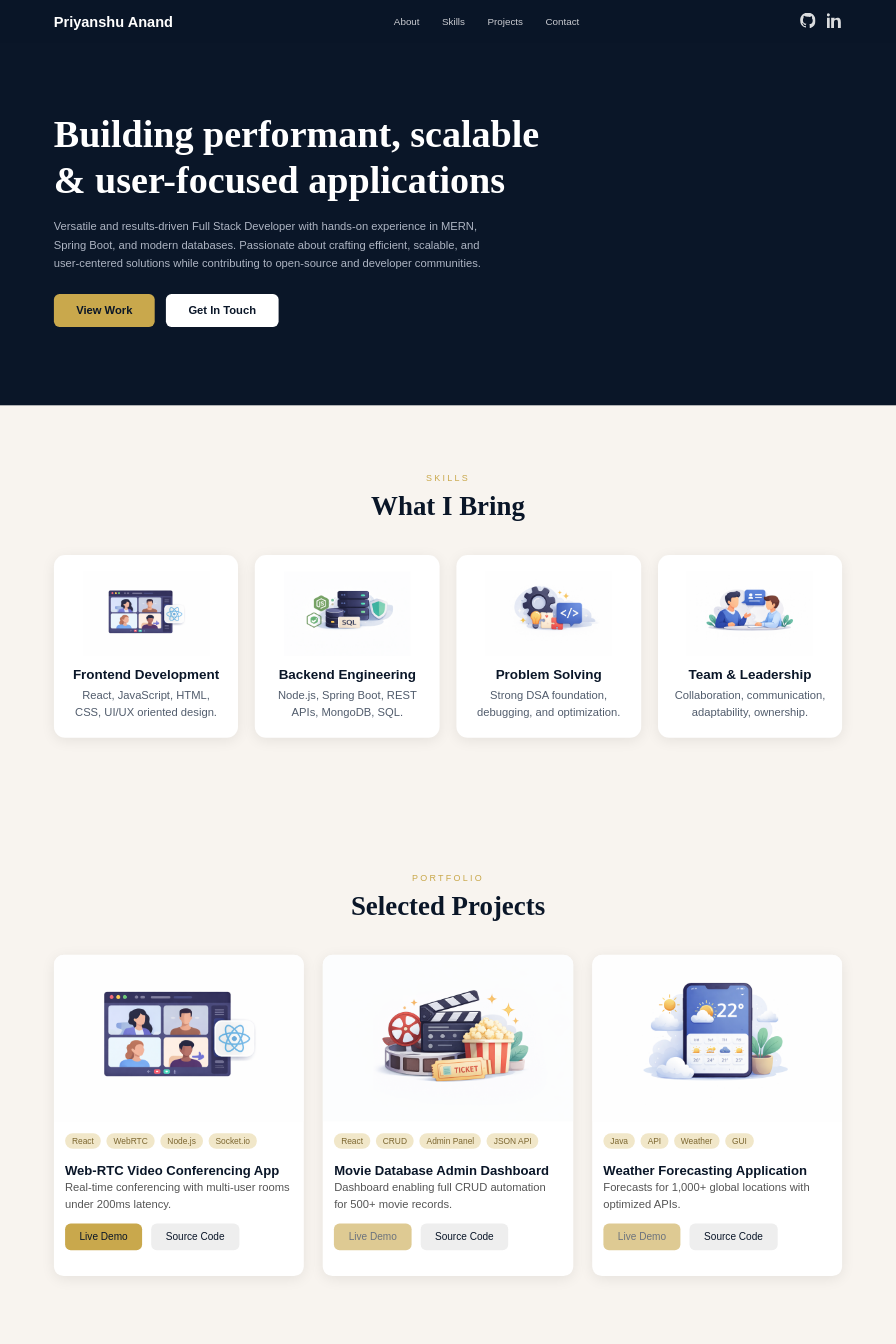
Repository: priyanshuanand12022/My-Portfolio
Page: /
An editor plug-in stored every save of this project. The page is shown before and after a run of saves, followed by the edit.
The browser window is 1280 px wide. The pictures show the part of the page from y = 0 to 1920 px (the page is 2746 px tall), at 70% of full size.
The project was rebuilt for these pictures with package versions that can differ from the ones it lists, and the page was loaded fresh each time. Also part of the build but not shown: vite.config.js.

Above is the page before, as saved 2026-02-25 23:04:37.

### index.html
<!doctype html>
<html lang="en">
  <head>
    <meta charset="UTF-8" />
    <link rel="icon" href="/favicon.png" type="image/png" sizes="32x32" />
    <link rel="apple-touch-icon" href="/favicon.png" />
    <meta name="viewport" content="width=device-width, initial-scale=1.0" />
    <title>Portfolio</title>
  </head>
  <body>
    <div id="root"></div>
    <script type="module" src="/src/main.jsx"></script>
  </body>
</html>

### src/main.jsx
import React from "react";
import ReactDOM from "react-dom/client";
import Portfolio from "./Portfolio.jsx";

ReactDOM.createRoot(document.getElementById("root")).render(
  <React.StrictMode>
    <Portfolio />
  </React.StrictMode>
);

### src/Portfolio.jsx
import { useState } from "react";
import "./Portfolio.css";
import emailjs from "emailjs-com";

// Images
import webrtcImg from "./assets/webrtc.png";
import movieImg from "./assets/movie.png";
import weatherImg from "./assets/weather.png";
import backendImg from "./assets/backend.png";
import problemImg from "./assets/problem.png";
import teamImg from "./assets/team.png";

export default function Portfolio() {
  const [submitted, setSubmitted] = useState(false);
  const [formData, setFormData] = useState({
    name: "",
    email: "",
    subject: "",
    message: "",
  });

  const handleSubmit = (e) => {
    e.preventDefault();

    emailjs
      .send(
        "service_lk6jd4n",
        "template_el7uc7k",
        {
          name: formData.name,
          email: formData.email,
          subject: formData.subject,
          message: formData.message,
        },
        "nVCyFrHKLSf0xcnOJ"
      )
      .then(() => {
        setSubmitted(true);
      })
      .catch((err) => {
        console.log("Email send error:", err);
        alert("Something went wrong!");
      });
  };

  const handleChange = (e) =>
    setFormData((prev) => ({ ...prev, [e.target.name]: e.target.value }));

  return (
    <div className="portfolio">

      {/* ================= NAVBAR ================= */}
      <nav className="nav">
        <div className="nav-logo">
          Priyanshu<span> </span>Anand
        </div>

        <ul className="nav-links">
          {["About", "Skills", "Projects", "Contact"].map((s) => (
            <li key={s}>
              <a href={`#${s.toLowerCase()}`}>{s}</a>
            </li>
          ))}
        </ul>

        {/* Social Icons */}
        <div className="nav-social">
          <a
            href="https://github.com/priyanshuanand12022"
            target="_blank"
            rel="noopener noreferrer"
          >
            <img src="/github.svg" alt="GitHub" className="icon" />
          </a>

          <a
            href="https://www.linkedin.com/in/priyanshu-anand-213315353"
            target="_blank"
            rel="noopener noreferrer"
          >
            <img src="/linkedin.svg" alt="LinkedIn" className="icon" />
          </a>
        </div>
      </nav>

      {/* ================= HERO ================= */}
      <section id="about" className="hero">
        <h1>Building performant, scalable & user-focused applications</h1>

        <p className="hero-desc">
          Versatile and results-driven Full Stack Developer with hands-on
          experience in MERN, Spring Boot, and modern databases. Passionate
          about crafting efficient, scalable, and user-centered solutions
          while contributing to open-source and developer communities.
        </p>

        <div className="hero-buttons">
          <a href="#projects" className="btn-primary">View Work</a>
          <a href="#contact" className="btn-secondary">Get In Touch</a>
        </div>
      </section>

      {/* ================= SKILLS ================= */}
      <section id="skills" className="skills">
        <div className="section-tag">SKILLS</div>
        <h2 className="section-title">What I Bring</h2>

        <div className="skills-grid">

          <div className="skill-card">
            <img src={webrtcImg} alt="Frontend" className="skill-img" />
            <h3>Frontend Development</h3>
            <p>React, JavaScript, HTML, CSS, UI/UX oriented design.</p>
          </div>

          <div className="skill-card">
            <img src={backendImg} alt="Backend" className="skill-img" />
            <h3>Backend Engineering</h3>
            <p>Node.js, Spring Boot, REST APIs, MongoDB, SQL.</p>
          </div>

          <div className="skill-card">
            <img src={problemImg} alt="Problem Solving" className="skill-img" />
            <h3>Problem Solving</h3>
            <p>Strong DSA foundation, debugging, and optimization.</p>
          </div>

          <div className="skill-card">
            <img src={teamImg} alt="Team" className="skill-img" />
            <h3>Team & Leadership</h3>
            <p>Collaboration, communication, adaptability, ownership.</p>
          </div>

        </div>
      </section>

      {/* ================= PROJECTS ================= */}
      <section id="projects" className="projects">
        <div className="section-tag">PORTFOLIO</div>
        <h2 className="section-title">Selected Projects</h2>

        <div className="projects-grid">

          {/* WEBRTC */}
          <div className="project-card">
            <img src={webrtcImg} className="project-img" alt="WebRTC" />
            <div className="project-tags">
              <span>React</span>
              <span>WebRTC</span>
              <span>Node.js</span>
              <span>Socket.io</span>
            </div>
            <h3>Web-RTC Video Conferencing App</h3>
            <p>Real-time conferencing with multi-user rooms under 200ms latency.</p>

            <div className="project-buttons">
              <a href="https://webrtc-conference-app2.netlify.app" className="btn-live">Live Demo</a>
              <a href="https://github.com/priyanshuanand12022/webrtc-full-app.git" className="btn-code">Source Code</a>
            </div>
          </div>

          {/* MOVIE DASHBOARD */}
          <div className="project-card">
            <img src={movieImg} className="project-img" alt="Movie Dashboard" />
            <div className="project-tags">
              <span>React</span>
              <span>CRUD</span>
              <span>Admin Panel</span>
              <span>JSON API</span>
            </div>
            <h3>Movie Database Admin Dashboard</h3>
            <p>Dashboard enabling full CRUD automation for 500+ movie records.</p>

            <div className="project-buttons">
              <a className="btn-live disabled">Live Demo</a>
              <a href="https://github.com/priyanshuanand12022/DBMS-Movie-Ticket-Booking-System.git" className="btn-code">Source Code</a>
            </div>
          </div>

          {/* WEATHER APP */}
          <div className="project-card">
            <img src={weatherImg} className="project-img" alt="Weather App" />
            <div className="project-tags">
              <span>Java</span>
              <span>API</span>
              <span>Weather</span>
              <span>GUI</span>
            </div>
            <h3>Weather Forecasting Application</h3>
            <p>Forecasts for 1,000+ global locations with optimized APIs.</p>

            <div className="project-buttons">
              <a className="btn-live disabled">Live Demo</a>
              <a href="https://github.com/priyanshuanand12022/JAVA-WEATHER-APPLICATION-PROJECT.git" className="btn-code">Source Code</a>
            </div>
          </div>

        </div>
      </section>

      {/* ================= CONTACT ================= */}
      <section id="contact" className="contact">
        <div className="section-tag light">CONTACT</div>
        <h2 className="section-title light">Let's Connect</h2>

        <p className="contact-desc">
          Have a project or collaboration in mind? Feel free to reach out.
        </p>

        {submitted ? (
          <div className="thankyou">
            Thank you! I’ll get back to you soon.
          </div>
        ) : (
          <form className="contact-form" onSubmit={handleSubmit}>
            <input name="name" placeholder="Your Name" required onChange={handleChange} />
            <input name="email" type="email" placeholder="Email" required onChange={handleChange} />
            <input name="subject" placeholder="Subject" onChange={handleChange} />
            <textarea name="message" placeholder="Message" required onChange={handleChange} />
            <button className="btn-primary submit-btn">Send Message</button>
          </form>
        )}
      </section>

      {/* ================= FOOTER ================= */}
      <footer className="footer">
        © 2026 <span>Priyanshu Anand</span> — All Rights Reserved.
      </footer>

    </div>
  );
}

### src/Portfolio.css
/* GLOBAL */
* {
  margin: 0;
  padding: 0;
  box-sizing: border-box;
}

body {
  font-family: "DM Sans", sans-serif;
  background: #f8f4ef;
  color: #0a1628;
}

.portfolio {
  width: 100%;
  overflow-x: hidden;
}

/* ================= NAV ================= */
.nav {
  display: flex;
  justify-content: space-between;
  align-items: center;
  padding: 1.1rem 6%;
  position: fixed;
  top: 0;
  width: 100%;
  background: rgba(10, 22, 40, 0.95);
  backdrop-filter: blur(10px);
  z-index: 2000;
}

.nav-logo {
  color: white;
  font-weight: 600;
  font-size: 1.3rem;
}

.nav-logo span {
  color: #c9a84c;
}

/* Nav links */
.nav-links {
  display: flex;
  gap: 2rem;
  list-style: none;
}

.nav-links a {
  color: #c9cbd1;
  text-decoration: none;
  font-size: 0.88rem;
  transition: 0.2s ease;
}

.nav-links a:hover {
  color: #e8c97a;
}

/* Social Icons Right Side */
.nav-social {
  display: flex;
  align-items: center;
  gap: 1rem;
}

.nav-social .icon {
  width: 22px;
  height: 22px;
  filter: brightness(0) invert(1); /* white icons */
  opacity: 0.85;
  transition: 0.2s;
}

.nav-social .icon:hover {
  opacity: 1;
  transform: scale(1.15);
}

/* ================= HERO ================= */
.hero {
  background: #0a1628;
  color: white;
  padding: 10rem 6% 7rem;
}

.hero h1 {
  font-family: "Playfair Display", serif;
  font-size: 3.4rem;
  max-width: 750px;
  line-height: 1.2;
}

.hero-desc {
  margin-top: 1.3rem;
  color: #aeb5c3;
  max-width: 620px;
  line-height: 1.6;
}

.hero-buttons {
  margin-top: 2rem;
  display: flex;
  gap: 1rem;
}

.btn-primary {
  background: #c9a84c;
  color: #0a1628;
  padding: 0.9rem 2rem;
  border-radius: 8px;
  text-decoration: none;
  font-weight: 600;
}

.btn-secondary {
  background: white;
  color: #0a1628;
  padding: 0.9rem 2rem;
  border-radius: 8px;
  text-decoration: none;
  font-weight: 600;
}

/* ================= SECTION HEADERS ================= */
.section-tag {
  text-align: center;
  letter-spacing: 0.25em;
  color: #c9a84c;
  font-size: 0.8rem;
}

.section-title {
  text-align: center;
  font-family: "Playfair Display", serif;
  font-size: 2.4rem;
  margin: 0.7rem 0 3rem;
}

/* ================= SKILLS ================= */
.skills {
  padding: 6rem 6%;
}

.skills-grid {
  display: grid;
  grid-template-columns: repeat(auto-fit, minmax(260px, 1fr));
  gap: 1.5rem;
}

.skill-card {
  background: white;
  padding: 1.5rem;
  border-radius: 16px;
  text-align: center;
  min-height: 260px;
  box-shadow: 0 4px 20px rgba(0, 0, 0, 0.08);
}

.skill-img {
  width: 180px;
  margin: 0 auto 1rem;
  display: block;
}

.skill-card h3 {
  font-size: 1.2rem;
  margin-bottom: 0.4rem;
}

.skill-card p {
  color: #515c6c;
  line-height: 1.5;
}

/* ================= PROJECTS ================= */
.projects {
  padding: 6rem 6%;
}

.projects-grid {
  display: grid;
  grid-template-columns: repeat(auto-fit, minmax(290px, 1fr));
  gap: 1.7rem;
}

.project-card {
  background: white;
  border-radius: 14px;
  padding-bottom: 1.3rem;
  box-shadow: 0 4px 20px rgba(0, 0, 0, 0.08);
}

.project-img {
  width: 100%;
  border-radius: 14px 14px 0 0;
}

.project-tags {
  display: flex;
  gap: 8px;
  flex-wrap: wrap;
  padding: 0.8rem 1rem;
}

.project-tags span {
  background: #f1e7c9;
  color: #7b6630;
  padding: 4px 10px;
  border-radius: 20px;
  font-size: 0.75rem;
}

.project-card h3 {
  padding: 0 1rem;
  margin-top: 0.5rem;
}

.project-card p {
  padding: 0 1rem;
  color: #555;
  line-height: 1.5;
}

.project-buttons {
  padding: 1rem;
  display: flex;
  gap: 0.8rem;
}

.btn-live {
  background: #c9a84c;
  color: #0a1628;
  padding: 0.7rem 1.3rem;
  border-radius: 8px;
  font-size: 0.9rem;
  text-decoration: none;
}

.btn-code {
  background: #eee;
  color: #0a1628;
  padding: 0.7rem 1.3rem;
  border-radius: 8px;
  font-size: 0.9rem;
  text-decoration: none;
}

.disabled {
  opacity: 0.6;
  pointer-events: none;
}

/* ================= CONTACT ================= */
.contact {
  background: #0a1628;
  color: white;
  padding: 6rem 6%;
  margin-top: 4rem;
  text-align: center;
}

.section-title.light {
  color: white;
}

.contact-desc {
  margin-top: 1rem;
  color: #b7c0cf;
  font-size: 1.05rem;
}

.contact-form {
  margin-top: 2.5rem;
  max-width: 450px;
  margin-left: auto;
  margin-right: auto;
  display: flex;
  flex-direction: column;
  gap: 1rem;
}

.contact-form input,
.contact-form textarea {
  padding: 0.9rem 1rem;
  background: #102039;
  border-radius: 8px;
  border: 1px solid #21324d;
  color: white;
}

.submit-btn {
  margin-top: 0.5rem;
  align-self: center;
}

/* ================= FOOTER ================= */
.footer {
  text-align: center;
  padding: 1.8rem 0;
  background: #0a1628;
  color: #c2cad6;
}

.footer span {
  color: #e6c878;
}

After the next 2 saves:
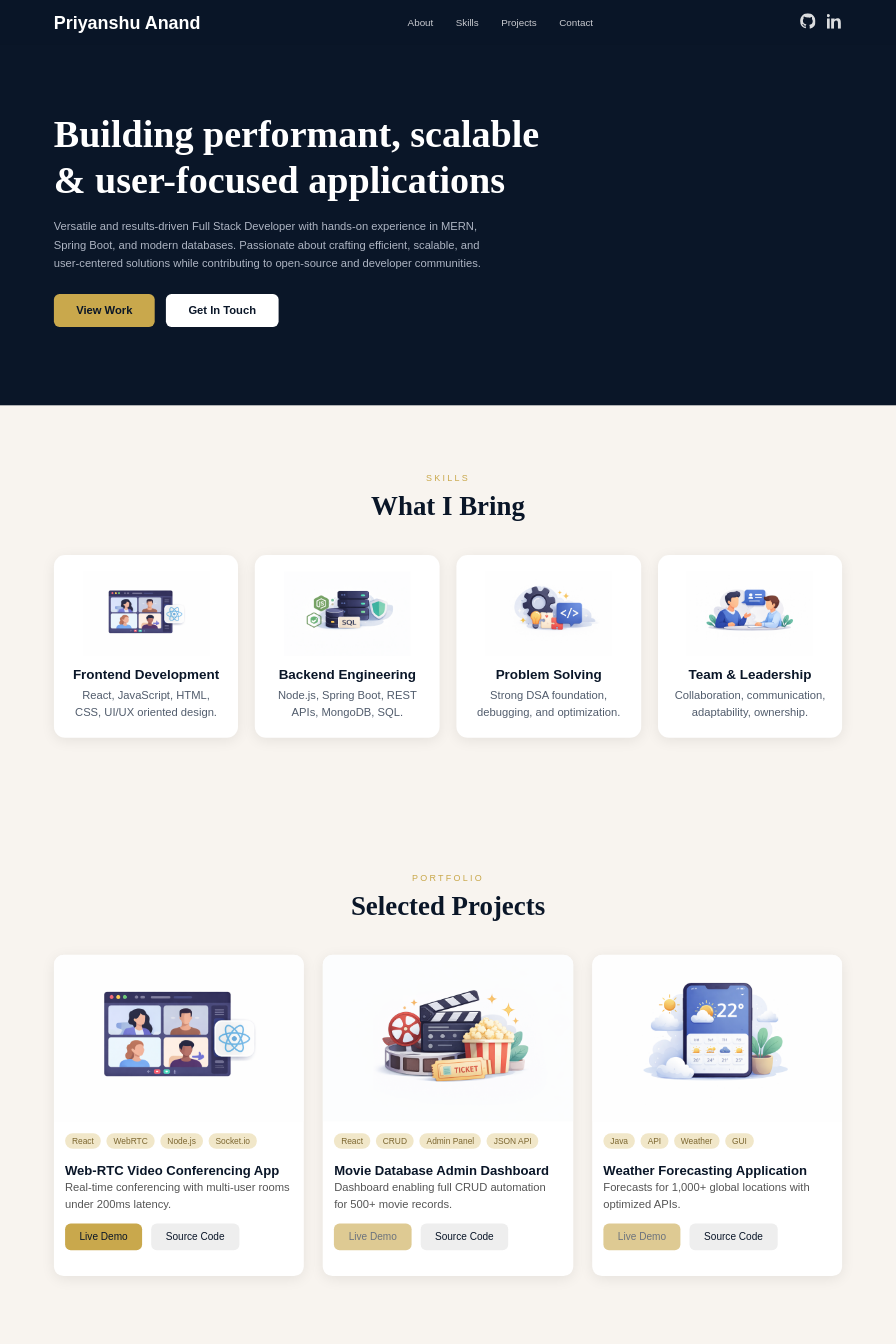
The 2 saves are shown as one change because they came seconds apart.
The last was saved 4 min 13 s later.
--- a/src/Portfolio.css
+++ b/src/Portfolio.css
@@ -32,8 +32,8 @@ body {
 
 .nav-logo {
   color: white;
-  font-weight: 600;
-  font-size: 1.3rem;
+  font-weight: 700;
+  font-size: 1.6rem;
 }
 
 .nav-logo span {
